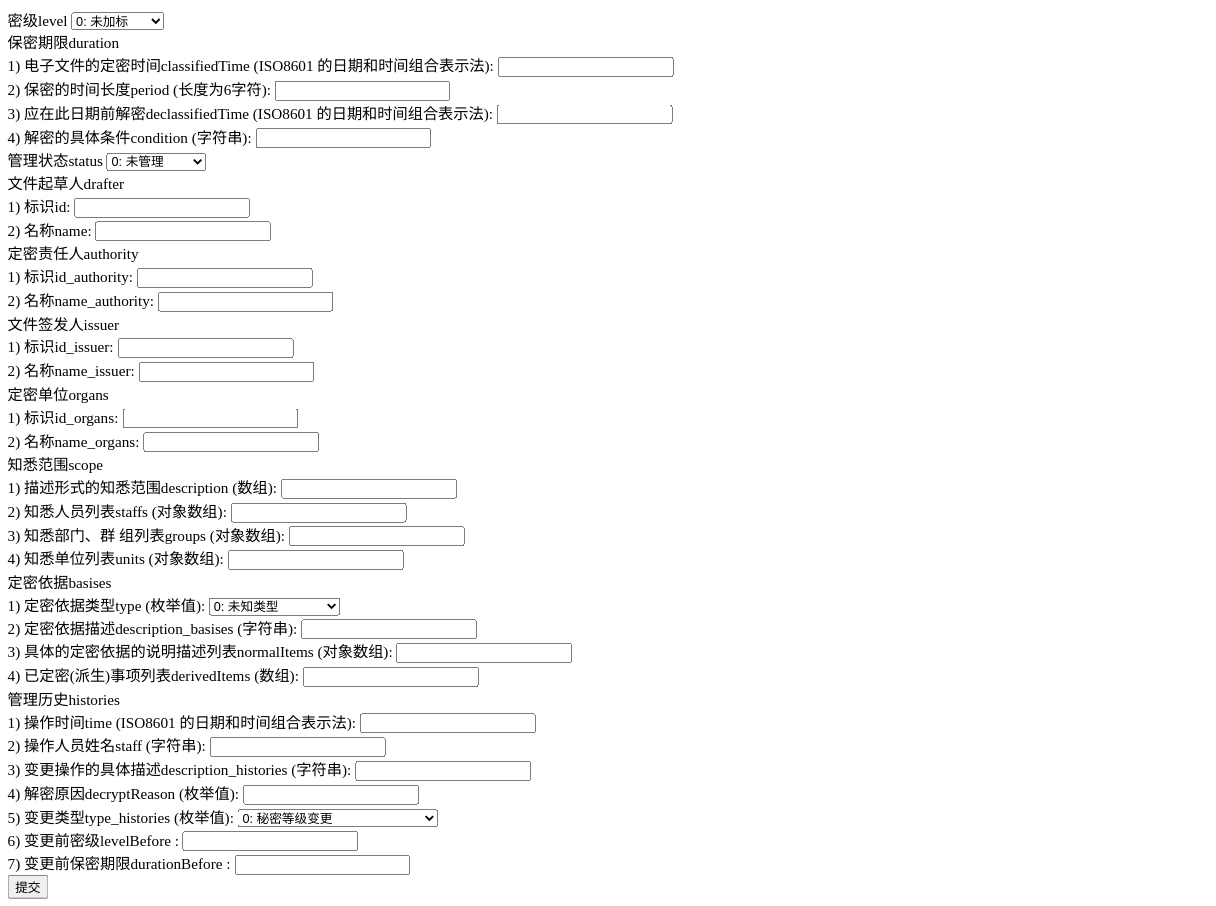
Repository: karlinglee93/eclipse-workspace
Page: jsp_test/WebContent/test.html
These files come from the project's save history. The page is drawn as it stood at one moment and after the next save; the edit follows.
The browser window is 1280 px wide. The pictures show the whole page, at 95% of full size.

Above is the page before, as saved 2018-07-04 09:05:35.

### jsp_test/WebContent/test.html
<!DOCTYPE html>
<html>
<head>
<meta charset="utf-8">
<title>Label</title>
</head>
<body>

<form action="main.jsp" method="GET">
密级level
<select name="level">
<option value="0">0: 未加标</option>
<option value="10">10: 国密公开</option>
<option value="11">11: 商密公开</option>
<option value="20">20: 国密内部</option>
<option value="21">21: 商密内部</option>
<option value="50">50: 普通商密</option>
<option value="80">80: 核心商密</option>
<option value="120">120: 秘密</option>
<option value="150">150: 机密</option>
<option value="180">180: 绝密</option>
</select>
<br />

保密期限duration
<!--不足之处：
	1）ISO8601 的日期和时间组合表示法必须人工手打；
	2）period 和declassifiedTime 之间应该存在一定的逻辑关系；
	3）condition 和其他关键字也应该存在逻辑关系。  -->
<br />
1) 电子文件的定密时间classifiedTime (ISO8601 的日期和时间组合表示法):
<input type="text" name="classifiedTime" />
<br />
2) 保密的时间长度period (长度为6字符):
<input type="text" name="period" />
<br />
3) 应在此日期前解密declassifiedTime (ISO8601 的日期和时间组合表示法):
<input type="text" name="declassifiedTime" />
<br />
4) 解密的具体条件condition (字符串):
<input type="text" name="condition" />
<br />

管理状态status
<select name="status">
<option value="0">0: 未管理</option>
<option value="20">20: 忽略</option>
<option value="50">50: 预定密</option>
<option value="80">80: 正式定密</option>
<option value="110">110: 文件签发</option>
<option value="140">140: 密级变更</option>
<option value="170">170: 文件解密</option>
</select>
<br />

文件起草人drafter
<br />
1) 标识id:
<input type="text" name="id" />
<br />
2) 名称name:
<input type="text" name="name" />
<br />

定密责任人authority
<br />
1) 标识id_authority:
<input type="text" name="id_authority" />
<br />
2) 名称name_authority:
<input type="text" name="name_authority" />
<br />

文件签发人issuer
<br />
1) 标识id_issuer:
<input type="text" name="id_issuer" />
<br />
2) 名称name_issuer:
<input type="text" name="name_issuer" />
<br />

定密单位organs
<!-- 对象数组 -->
<br />
1) 标识id_organs:
<input type="text" name="id_organs" />
<br />
2) 名称name_organs:
<input type="text" name="name_organs" />
<br />

知悉范围scope
<!-- 不足之处：
	1）staffs/groups/units 为对象数组，其中都包含id & name。
 -->
<br />
1) 描述形式的知悉范围description (数组):
<input type="text" name="description" />
<br />
2) 知悉人员列表staffs (对象数组):
<input type="text" name="staffs" />
<br />
3) 知悉部门、群 组列表groups (对象数组):
<input type="text" name="groups" />
<br />
4) 知悉单位列表units (对象数组):
<input type="text" name="units" />
<br />

定密依据basises
<!-- 不足之处：
	1）normalItems 中包含id/name/level/duration/scope/keys。
 -->
<br />
1) 定密依据类型type (枚举值):
<select name="type">
<option value="0">0: 未知类型</option>
<option value="10">10: 确定性定密事项</option>
<option value="50">50: 不明确事项</option>
<option value="90">90: 无权定密事项</option>
<option value="130">130: 派生定密事项</option>
</select>
<br />
2) 定密依据描述description_basises (字符串):
<input type="text" name="description_basises" />
<br />
3) 具体的定密依据的说明描述列表normalItems (对象数组):
<input type="text" name="normalItems" />
<br />
4) 已定密(派生)事项列表derivedItems (数组):
<input type="text" name="derivedItems" />
<br />

管理历史histories
<!-- 不足之处：
	1）levelBefore/durationBefore 与先前的取值完全相同，
		是否可用同一个关键字替代。
 -->
<br />
1) 操作时间time (ISO8601 的日期和时间组合表示法):
<input type="text" name="time" />
<br />
2) 操作人员姓名staff (字符串):
<input type="text" name="staff" />
<br />
3) 变更操作的具体描述description_histories (字符串):
<input type="text" name="description_histories" />
<br />
4) 解密原因decryptReason (枚举值):
<input type="text" name="decryptReason" />
<br />
5) 变更类型type_histories (枚举值):
<select name="type_histories">
<option value="0">0: 秘密等级变更</option>
<option value="1">1: 保密期限变更</option>
<option value="3">3: 秘密等级变更及保密期限变更</option>
</select>
<br />
6) 变更前密级levelBefore :
<input type="text" name="levelBefore" />
<br />
7) 变更前保密期限durationBefore :
<input type="text" name="durationBefore" />
<br />

<input type="submit" value="提交" />
</form>
</body>
</html>

After the next save:
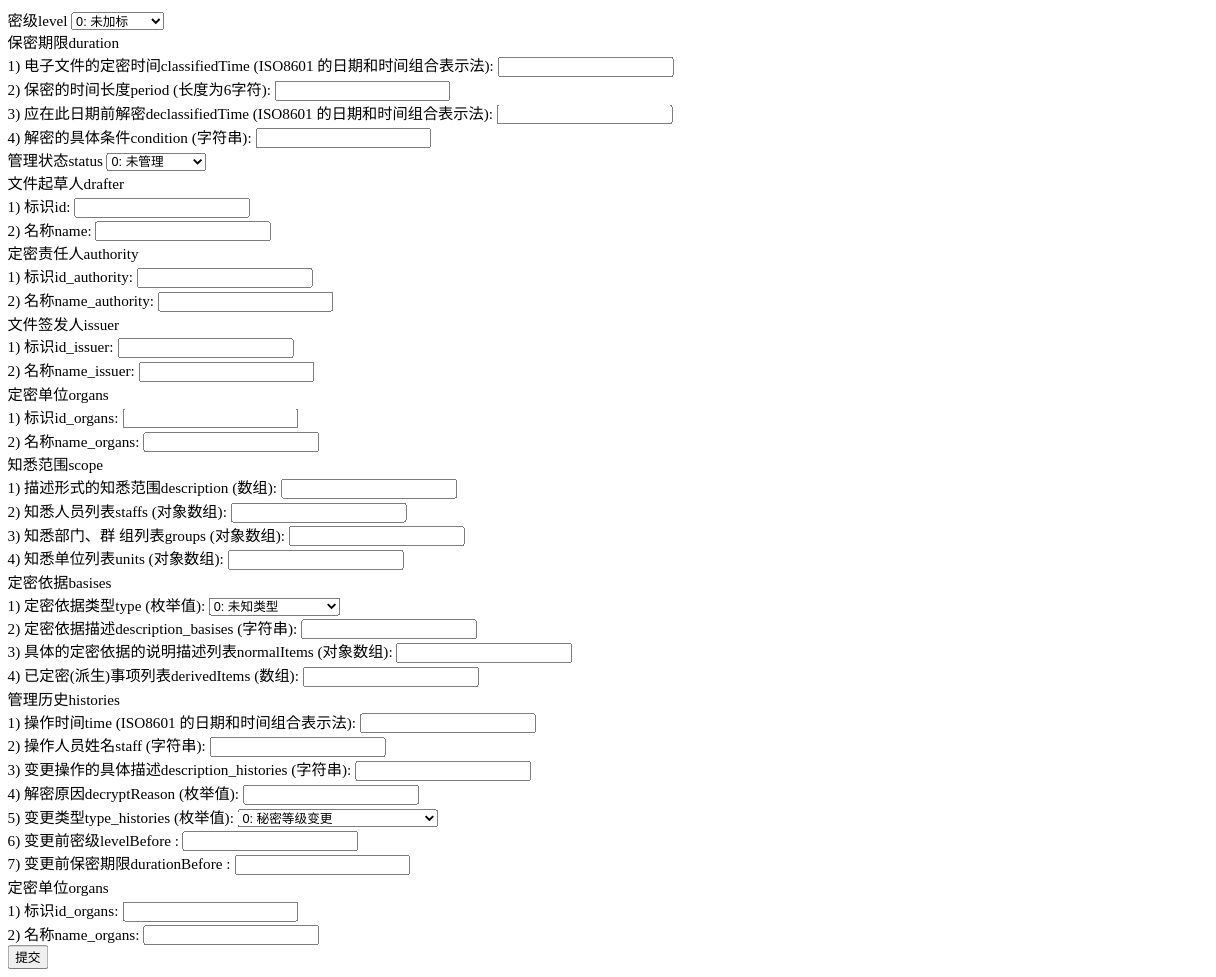
Saved 84 s later.
--- a/jsp_test/WebContent/test.html
+++ b/jsp_test/WebContent/test.html
@@ -164,6 +164,16 @@
 <input type="text" name="durationBefore" />
 <br />
 
+定密单位organs
+<!-- 对象数组 -->
+<br />
+1) 标识id_organs:
+<input type="text" name="id_organs" />
+<br />
+2) 名称name_organs:
+<input type="text" name="name_organs" />
+<br />
+
 <input type="submit" value="提交" />
 </form>
 </body>
